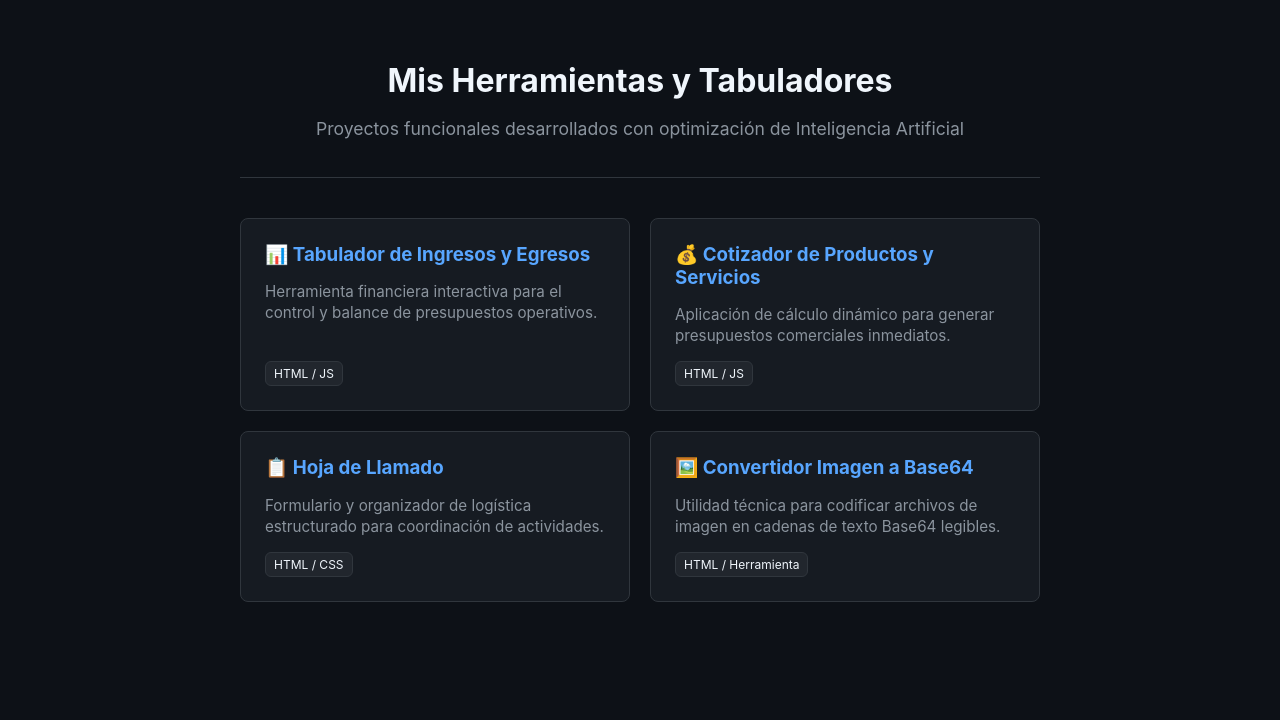
Repository: RivianWolf34/Sabotage-Studio
Page: index.html
An editor plug-in stored every save of this project. The page is shown before and after the next save, followed by the edit.
The browser window is 1280 px wide. The pictures show the whole page.

Above is the page before, as saved 2026-10-09 14:03:18.

### index.html
<!DOCTYPE html>
<html lang="es">
<head>
    <meta charset="UTF-8">
    <meta name="viewport" content="width=device-width, initial-scale=1.0">
    <title>Portafolio de Proyectos - RivianWolf34</title>
    <style>
        :root {
            --bg-color: #0d1117;
            --card-bg: #161b22;
            --text-color: #c9d1d9;
            --accent-color: #58a6ff;
            --border-color: #30363d;
        }
        body {
            font-family: -apple-system, BlinkMacSystemFont, "Segoe UI", Helvetica, Arial, sans-serif;
            background-color: var(--bg-color);
            color: var(--text-color);
            margin: 0;
            padding: 40px 20px;
            display: flex;
            justify-content: center;
        }
        .container {
            max-width: 800px;
            width: 100%;
        }
        header {
            text-align: center;
            margin-bottom: 40px;
            border-bottom: 1px solid var(--border-color);
            padding-bottom: 20px;
        }
        h1 {
            color: #f0f6fc;
            margin-bottom: 10px;
        }
        .subtitle {
            color: #8b949e;
            font-size: 1.1rem;
        }
        .grid {
            display: grid;
            grid-template-columns: 1fr 1fr;
            gap: 20px;
        }
        @media (max-width: 600px) {
            .grid { grid-template-columns: 1fr; }
        }
        .card {
            background-color: var(--card-bg);
            border: 1px solid var(--border-color);
            border-radius: 8px;
            padding: 24px;
            text-decoration: none;
            color: var(--text-color);
            transition: transform 0.2s, border-color 0.2s;
            display: flex;
            flex-direction: column;
            justify-content: space-between;
        }
        .card:hover {
            transform: translateY(-4px);
            border-color: var(--accent-color);
        }
        .card h3 {
            color: var(--accent-color);
            margin-top: 0;
            margin-bottom: 10px;
        }
        .card p {
            font-size: 0.95rem;
            color: #8b949e;
            margin-bottom: 15px;
            line-height: 1.4;
        }
        .badge {
            align-self: flex-start;
            background-color: #21262d;
            color: #f0f6fc;
            padding: 4px 8px;
            border-radius: 6px;
            font-size: 0.75rem;
            border: 1px solid var(--border-color);
        }
    </style>
</head>
<body>

<div class="container">
    <header>
        <h1>Mis Herramientas y Tabuladores</h1>
        <p class="subtitle">Proyectos funcionales desarrollados con optimización de Inteligencia Artificial</p>
    </header>

    <div class="grid">
        <!-- Tarjeta 1 -->
        <a href="Tabulador_Ingresos_Egresos_Sabotage.html" class="card">
            <div>
                <h3>📊 Tabulador de Ingresos y Egresos</h3>
                <p>Herramienta financiera interactiva para el control y balance de presupuestos operativos.</p>
            </div>
            <span class="badge">HTML / JS</span>
        </a>

        <!-- Tarjeta 2 -->
        <a href="cotizador_de_producto_y_servicio.html" class="card">
            <div>
                <h3>💰 Cotizador de Productos y Servicios</h3>
                <p>Aplicación de cálculo dinámico para generar presupuestos comerciales inmediatos.</p>
            </div>
            <span class="badge">HTML / JS</span>
        </a>

        <!-- Tarjeta 3 -->
        <a href="hoja_de_llamado.html" class="card">
            <div>
                <h3>📋 Hoja de Llamado</h3>
                <p>Formulario y organizador de logística estructurado para coordinación de actividades.</p>
            </div>
            <span class="badge">HTML / CSS</span>
        </a>

        <!-- Tarjeta 4 -->
        <a href="Imagen_Base64.html" class="card">
            <div>
                <h3>🖼️ Convertidor Imagen a Base64</h3>
                <p>Utilidad técnica para codificar archivos de imagen en cadenas de texto Base64 legibles.</p>
            </div>
            <span class="badge">HTML / Herramienta</span>
        </a>
    </div>
</div>

</body>
</html>

After the next save:
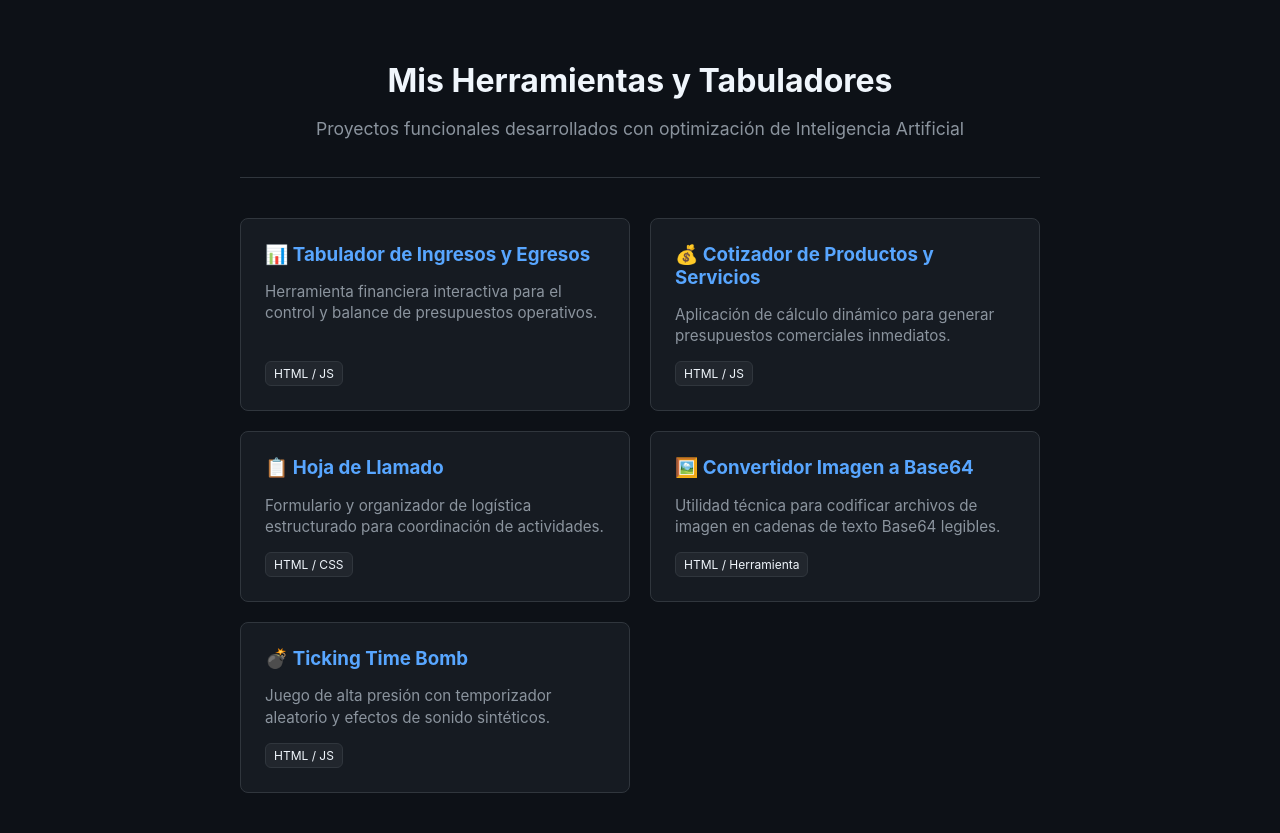
Saved 16 min 26 s later.
--- a/index.html
+++ b/index.html
@@ -129,6 +129,15 @@
             </div>
             <span class="badge">HTML / Herramienta</span>
         </a>
+
+        <!-- Tarjeta 5: Ticking Time Bomb -->
+        <a href="bomb.html" class="card">
+            <div>
+                <h3>💣 Ticking Time Bomb</h3>
+                <p>Juego de alta presión con temporizador aleatorio y efectos de sonido sintéticos.</p>
+            </div>
+            <span class="badge">HTML / JS</span>
+        </a>
     </div>
 </div>
 
